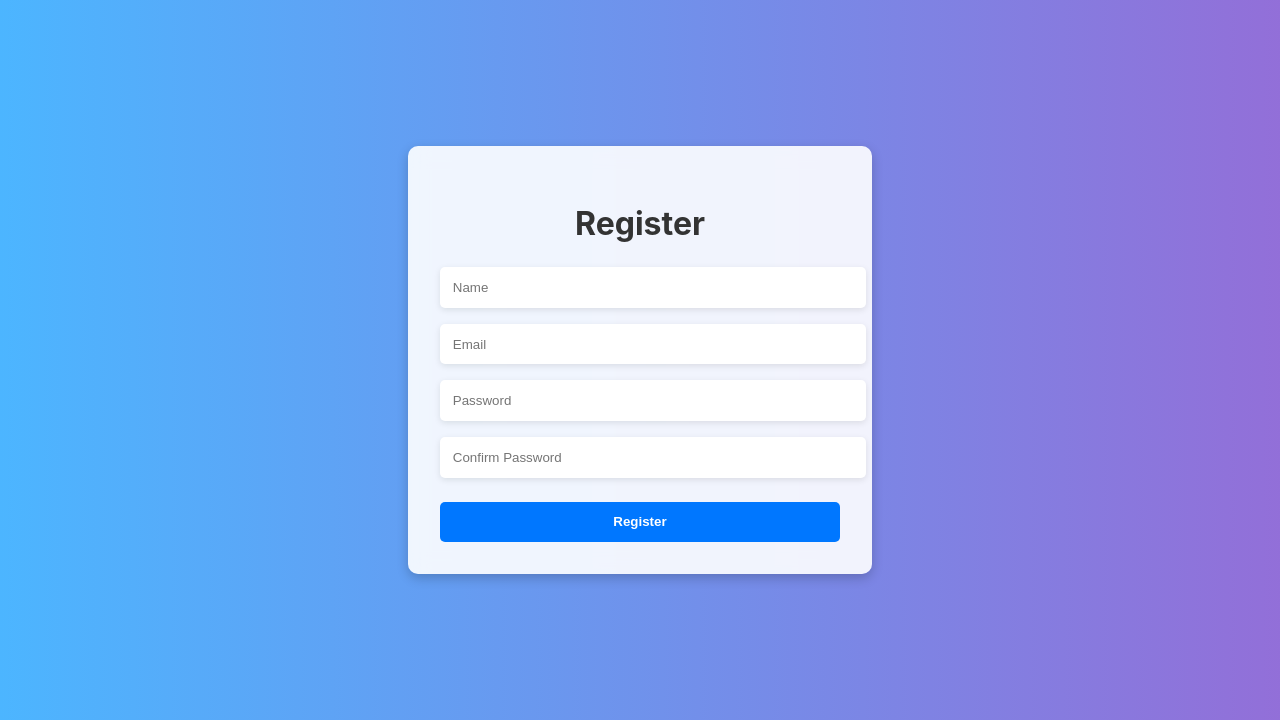
Repository: JaafarRezk/FrontEnd-InternetApplications
Page: /register
The author's editor kept a copy of each file at every save. The page is drawn from the files as they stood at one save, then again after a run of saves.
The browser window is 1280 px wide. The pictures show the whole page.
The project was rebuilt for these pictures with package versions that can differ from the ones it lists, and the page was loaded fresh each time. Also part of the build but not shown: src/components/Home.js, src/components/Auth/Login.js.

Above is the page before, as saved 2024-11-09 15:59:42.

### src/App.js
// src/App.js
import React from 'react';
import { BrowserRouter as Router, Route, Routes } from 'react-router-dom';
import Home from './components/Home';
import Login from './components/Auth/Login';
// افترض أن لديك مكون تسجيل Register في ملف Register.js
import Register from './components/Auth/Register';

function App() {
  return (
    <Router>
      <div className="App">
        <Routes>
          <Route path="/" element={<Home />} />
          <Route path="/login" element={<Login />} />
          <Route path="/register" element={<Register />} />
        </Routes>
      </div>
    </Router>
  );
}

export default App;

### src/components/Auth/Register.js
// src/components/Register.js
import React, { useState } from 'react';
import axios from 'axios';
import styles from '../styles/Auth.module.css';
import { useNavigate } from 'react-router-dom'; // استخدام useNavigate بدلاً من useHistory

const Register = () => {
  const [name, setName] = useState('');
  const [email, setEmail] = useState('');
  const [password, setPassword] = useState('');
  const [confirmPassword, setConfirmPassword] = useState('');
  const [error, setError] = useState('');
  const [successMessage, setSuccessMessage] = useState('');
  const navigate = useNavigate(); // استخدام useNavigate بدلاً من useHistory

  const handleSubmit = async (e) => {
    e.preventDefault();
    setError('');
    setSuccessMessage('');

    // تحقق من أن كلمة المرور والتأكيد متطابقتان
    if (password !== confirmPassword) {
      setError("Passwords don't match");
      return;
    }

    try {
      const response = await axios.post('http://127.0.0.1:8000/api/auth/register', {
        name,
        email,
        password,
      });

      if (response.data.success) {
        setSuccessMessage('Registration successful! Redirecting to login...');
        // توجيه المستخدم إلى صفحة تسجيل الدخول بعد نجاح التسجيل
        setTimeout(() => {
          navigate('/login'); // استخدام navigate للتوجيه بدلاً من history.push
        }, 2000); // التأخير قبل التوجيه
      }
    } catch (error) {
      setError(error.response?.data?.message || 'An error occurred during registration.');
      console.error(error);
    }
  };

  return (
    <div className={styles.container}>
      <div className={styles.formContainer}>
        <h2 className={styles.title}>Register</h2>
        <form onSubmit={handleSubmit}>
          <input
            type="text"
            placeholder="Name"
            value={name}
            onChange={(e) => setName(e.target.value)}
            className={styles.input}
          />
          <input
            type="email"
            placeholder="Email"
            value={email}
            onChange={(e) => setEmail(e.target.value)}
            className={styles.input}
          />
          <input
            type="password"
            placeholder="Password"
            value={password}
            onChange={(e) => setPassword(e.target.value)}
            className={styles.input}
          />
          <input
            type="password"
            placeholder="Confirm Password"
            value={confirmPassword}
            onChange={(e) => setConfirmPassword(e.target.value)}
            className={styles.input}
          />
          <button type="submit" className={styles.button}>Register</button>
        </form>
        {error && <p style={{ color: 'red' }}>{error}</p>}
        {successMessage && <p style={{ color: 'green' }}>{successMessage}</p>}
      </div>
    </div>
  );
};

export default Register;

### src/components/styles/Auth.module.css
/* src/styles/Auth.module.css */

/* الحاوية الأساسية للخلفية */
.container {
    display: flex;
    justify-content: center;
    align-items: center;
    height: 100vh;
    background: linear-gradient(to right, rgba(0, 150, 255, 0.7), rgba(100, 50, 200, 0.7));
    animation: fadeInBackground 1.5s ease-in-out;
  }

  /* صندوق تسجيل الدخول والتسجيل */
  .formContainer {
    background-color: rgba(255, 255, 255, 0.9);
    backdrop-filter: blur(10px);
    padding: 2rem;
    border-radius: 10px;
    box-shadow: 0 4px 12px rgba(0, 0, 0, 0.2);
    width: 100%;
    max-width: 400px;
    text-align: center;
    animation: slideIn 0.7s ease;
  }

  /* أنماط للعناصر الداخلية */
  .title {
    font-size: 2rem;
    margin-bottom: 1rem;
    color: #333;
  }

  .input {
    width: 100%;
    padding: 0.8rem;
    margin: 0.5rem 0;
    border: none;
    border-radius: 5px;
    box-shadow: 0 2px 6px rgba(0, 0, 0, 0.1);
    transition: transform 0.3s;
  }

  .input:focus {
    transform: scale(1.03);
    outline: none;
    box-shadow: 0 3px 8px rgba(0, 100, 255, 0.3);
  }

  .button {
    width: 100%;
    padding: 0.8rem;
    margin-top: 1rem;
    border: none;
    border-radius: 5px;
    background-color: #0077ff;
    color: white;
    font-weight: bold;
    cursor: pointer;
    transition: background-color 0.3s, transform 0.3s;
  }

  .button:hover {
    background-color: #005ec2;
    transform: scale(1.05);
  }

  .message {
    margin-top: 1rem;
    color: #444;
  }

  /* التحريك */
  @keyframes fadeInBackground {
    from { opacity: 0; }
    to { opacity: 1; }
  }

  @keyframes slideIn {
    from { opacity: 0; transform: translateY(20px); }
    to { opacity: 1; transform: translateY(0); }
  }

Loaded but not shown: public/index.html (common file); src/index.js (common file); src/index.css (common file); src/reportWebVitals.js (common file)

After the next 4 saves:
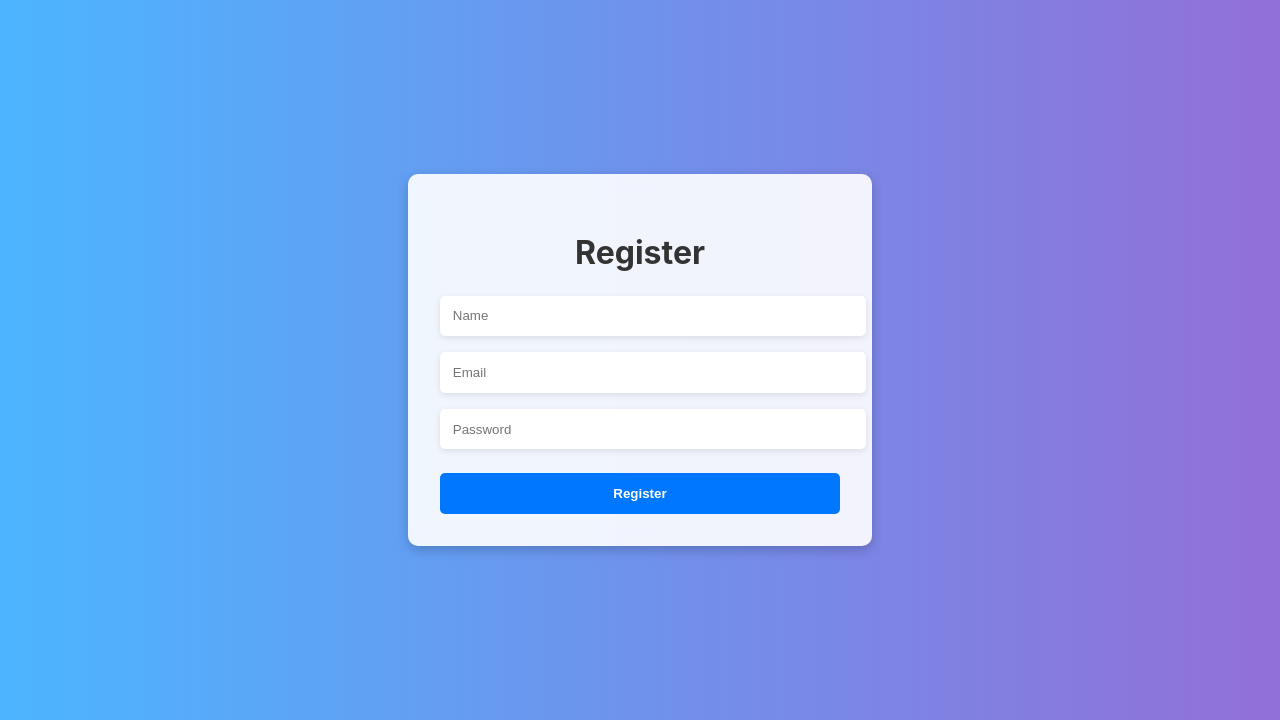
The 4 saves are shown as one change because 2 did not build or start and some came seconds apart.
The last was saved 23 s later.
--- a/src/components/Auth/Register.js
+++ b/src/components/Auth/Register.js
@@ -8,7 +8,6 @@ const Register = () => {
   const [name, setName] = useState('');
   const [email, setEmail] = useState('');
   const [password, setPassword] = useState('');
-  const [confirmPassword, setConfirmPassword] = useState('');
   const [error, setError] = useState('');
   const [successMessage, setSuccessMessage] = useState('');
   const navigate = useNavigate(); // استخدام useNavigate بدلاً من useHistory
@@ -18,11 +17,6 @@ const Register = () => {
     setError('');
     setSuccessMessage('');
 
-    // تحقق من أن كلمة المرور والتأكيد متطابقتان
-    if (password !== confirmPassword) {
-      setError("Passwords don't match");
-      return;
-    }
 
     try {
       const response = await axios.post('http://127.0.0.1:8000/api/auth/register', {
@@ -70,13 +64,7 @@ const Register = () => {
             onChange={(e) => setPassword(e.target.value)}
             className={styles.input}
           />
-          <input
-            type="password"
-            placeholder="Confirm Password"
-            value={confirmPassword}
-            onChange={(e) => setConfirmPassword(e.target.value)}
-            className={styles.input}
-          />
+
           <button type="submit" className={styles.button}>Register</button>
         </form>
         {error && <p style={{ color: 'red' }}>{error}</p>}
